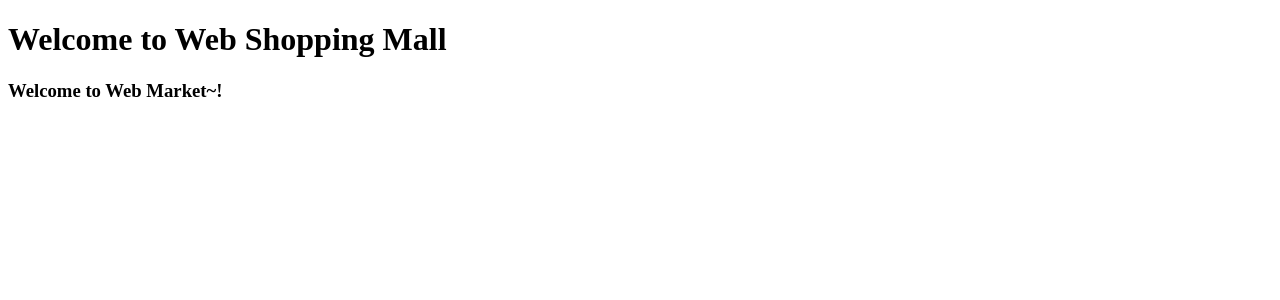
Repository: mi-ci/ai
Page: http://localhost/WebMarket/welcome.jsp
These files come from the project's save history. The page is drawn as it stood at one moment and after the next save; the edit follows.
The browser window is 1280 px wide. The pictures show the whole page.
Some web fonts or font styles are not loaded; a fallback is used. The page is served by Tomcat 9.

Above is the page before, as saved 2024-01-16 07:55:28.

After the next save:
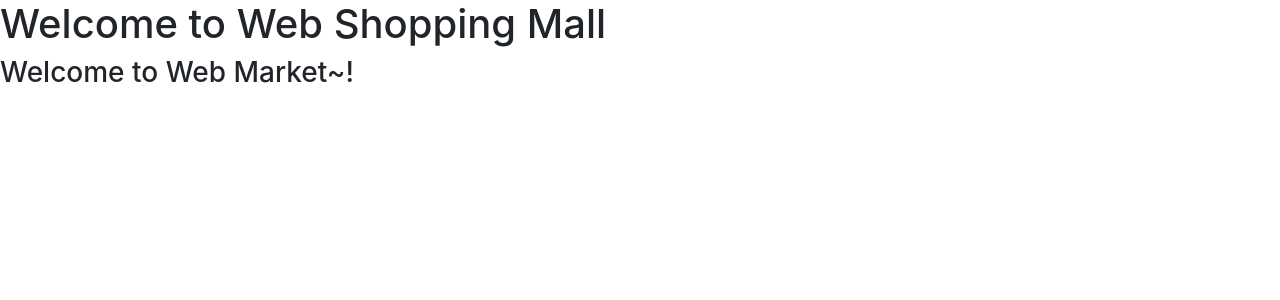
Saved 7 min 54 s later.
--- a/WebMarket/src/main/webapp/welcome.jsp
+++ b/WebMarket/src/main/webapp/welcome.jsp
@@ -5,21 +5,35 @@
 <head>
 <meta charset="UTF-8">
 <title>쇼핑몰</title>
-<link rel="preconnect" href="https://fonts.googleapis.com">
-<link rel="preconnect" href="https://fonts.gstatic.com" crossorigin>
-<link href="https://fonts.googleapis.com/css2?family=Nanum+Pen+Script&family=Song+Myung&display=swap" rel="stylesheet">
-<style>
-	*{
-	font-family: 'Nanum Pen Script', cursive;
-	font-family: 'Song Myung', serif;
-	}
-</style>
+<link rel="stylesheet" href="https://cdn.jsdelivr.net/npm/bootstrap@4.0.0/dist/css/bootstrap.min.css" integrity="sha384-Gn5384xqQ1aoWXA+058RXPxPg6fy4IWvTNh0E263XmFcJlSAwiGgFAW/dAiS6JXm" crossorigin="anonymous">
 </head>
 <body>
+
 	<%! String greeting = "Welcome to Web Shopping Mall";
 		String tagline = "Welcome to Web Market~!";
 	%>
 	<h1><%= greeting %></h1>
 	<h3><%= tagline %></h3>
+
+
+
+
+
+
+
+
+
+
+
+
+
+
+
+
+
+
+
+
+
 </body>
 </html>
